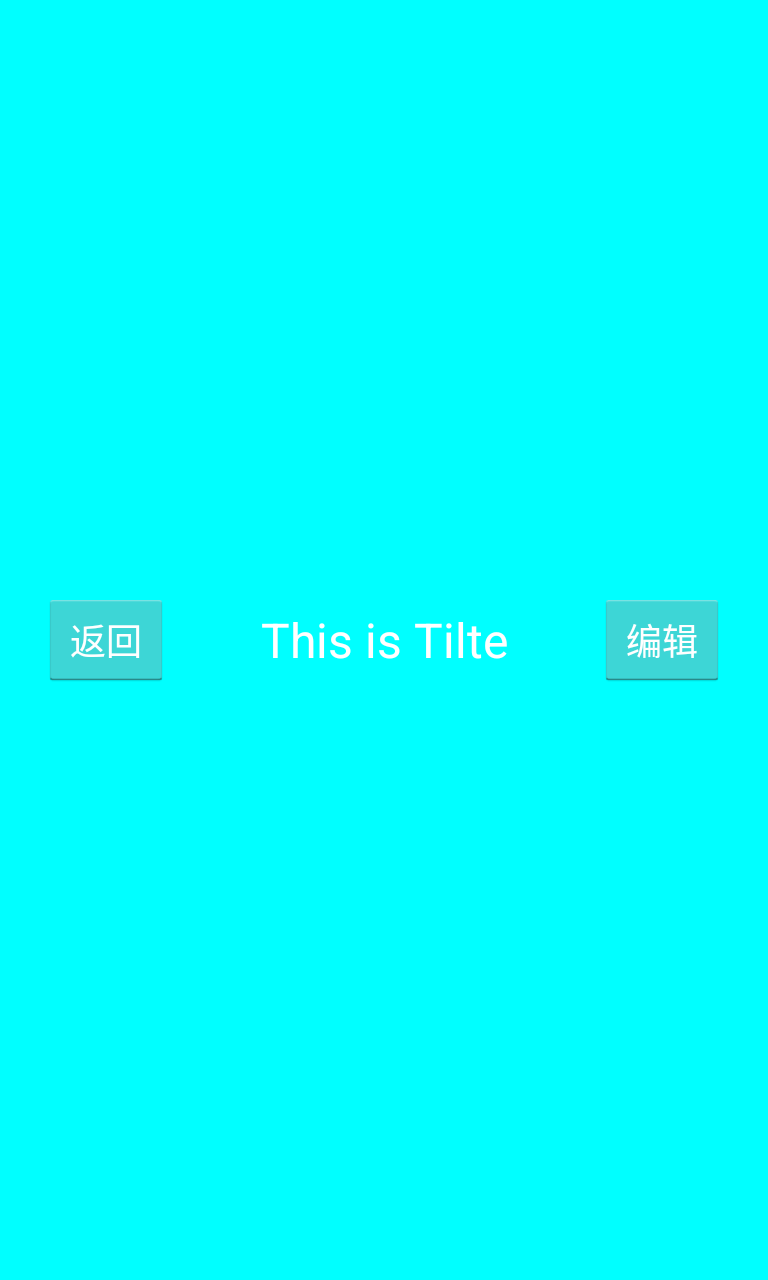
Repository: jinpp/Android
Layout: UICustomViews/res/layout/activity_main.xml
An editor plug-in stored every save of this project. The layout is shown before and after the next save, followed by the edit.
It is drawn on a 768 x 1280 px phone screen (xhdpi) without system bars, with theme AppTheme; the app's code is not run.

Above is the layout before, as saved 2016-11-17 02:40:23.

### UICustomViews/res/layout/activity_main.xml
<LinearLayout xmlns:android="http://schemas.android.com/apk/res/android"
    xmlns:tools="http://schemas.android.com/tools"
    android:layout_width="match_parent"
    android:layout_height="match_parent"
    android:paddingBottom="@dimen/activity_vertical_margin"
    android:paddingLeft="@dimen/activity_horizontal_margin"
    android:paddingRight="@dimen/activity_horizontal_margin"
    android:paddingTop="@dimen/activity_vertical_margin"
    android:background="#f0ff"
    tools:context=".MainActivity" >

    <Button
        android:id="@+id/rbutton"
        android:layout_width="wrap_content"
        android:layout_height="wrap_content"
        android:layout_gravity="center"
        android:layout_margin="5dip"
        android:textColor="#fff"
        android:text="返回" />

    <TextView
        android:id="@+id/textview"
        android:layout_width="0dip"
        android:layout_height="wrap_content"
        android:layout_gravity="center"
        android:layout_weight="1"
        android:textColor="#fff"
        android:gravity="center"
        android:text="This is Tilte"
        android:textSize="24sp" />

    <Button
        android:id="@+id/ebutton"
        android:layout_width="wrap_content"
        android:layout_height="wrap_content"
        android:layout_gravity="center"
        android:layout_margin="5dip"
        android:textColor="#fff"
        android:text="编辑" />

</LinearLayout>

Loaded but not shown: UICustomViews/res/values/styles.xml (common file); UICustomViews/res/values-v11/styles.xml (common file); UICustomViews/res/values-v14/styles.xml (common file); UICustomViews/res/values/dimens.xml (common file)

After the next save:
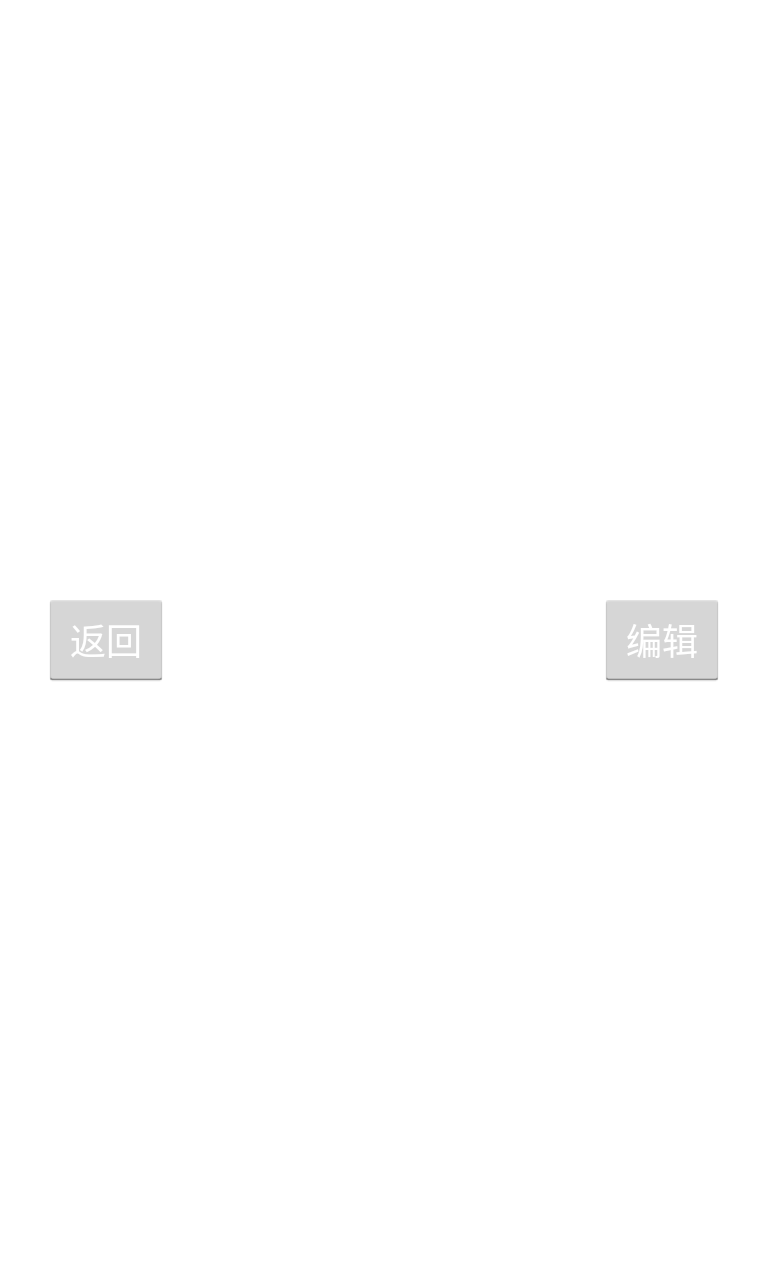
Saved 2 h 38 min later.
--- a/UICustomViews/res/layout/activity_main.xml
+++ b/UICustomViews/res/layout/activity_main.xml
@@ -6,7 +6,7 @@
     android:paddingLeft="@dimen/activity_horizontal_margin"
     android:paddingRight="@dimen/activity_horizontal_margin"
     android:paddingTop="@dimen/activity_vertical_margin"
-    android:background="#f0ff"
+    android:background="@drawable/"
     tools:context=".MainActivity" >
 
     <Button
